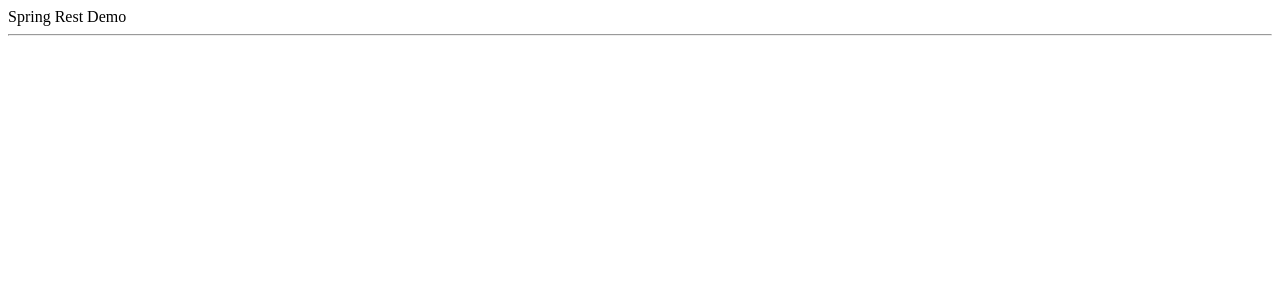
Repository: jibujacob/JavaFrameworks
Page: http://localhost/spring-rest-demo/
The author's editor kept a copy of each file at every save. The page is drawn from the files as they stood at one save, then again after the next save.
The browser window is 1280 px wide. The pictures show the whole page.
The page is served by Tomcat 9.

Above is the page before, as saved 2021-09-01 09:58:13.

After the next save:
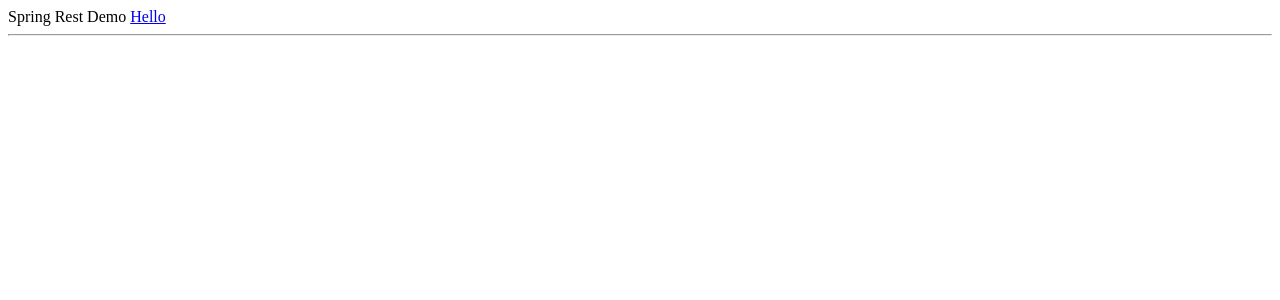
Saved 66 s later.
--- a/spring-rest-demo/src/main/webapp/index.jsp
+++ b/spring-rest-demo/src/main/webapp/index.jsp
@@ -8,6 +8,7 @@
 </head>
 <body>
 	Spring Rest Demo
+	<a href="/test/hello">Hello</a>
 	<hr>
 
 </body>
